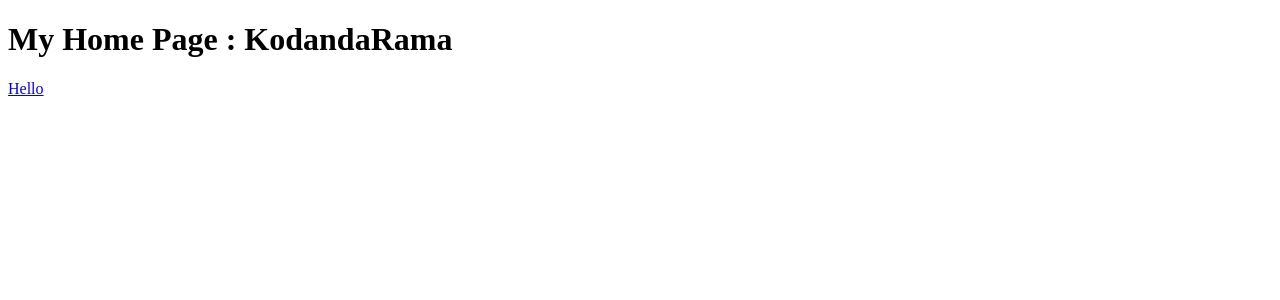
Repository: Rama-13/LaunchPadAllFiles
Page: java-workspace/SpringMVCDemo/WebContent/index.html
An editor plug-in stored every save of this project. The page is shown before and after the next save, followed by the edit.
The browser window is 1280 px wide. The pictures show the whole page.

Above is the page before, as saved 2019-08-01 08:59:22.

After the next save:
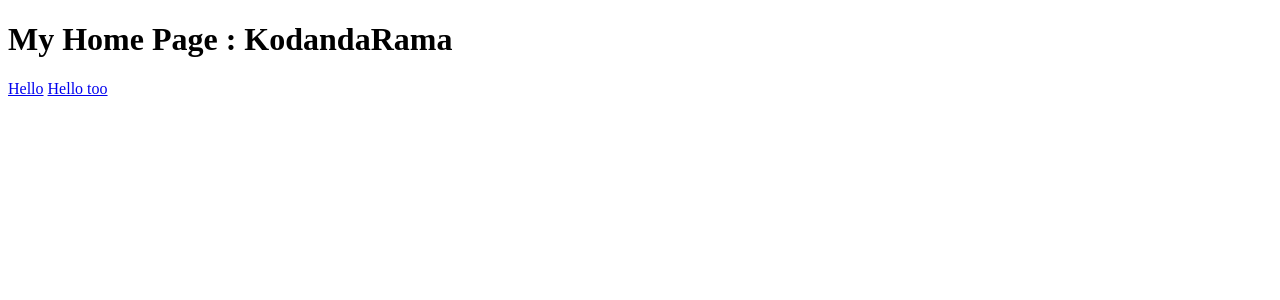
Saved 26 s later.
--- a/java-workspace/SpringMVCDemo/WebContent/index.html
+++ b/java-workspace/SpringMVCDemo/WebContent/index.html
@@ -7,5 +7,6 @@
 <body>
 <h1>My Home Page : KodandaRama</h1>
 <a href = "Hello.html">Hello</a>
+<a href = "Hello.do">Hello too</a>
 </body>
 </html>

After the save that followed:
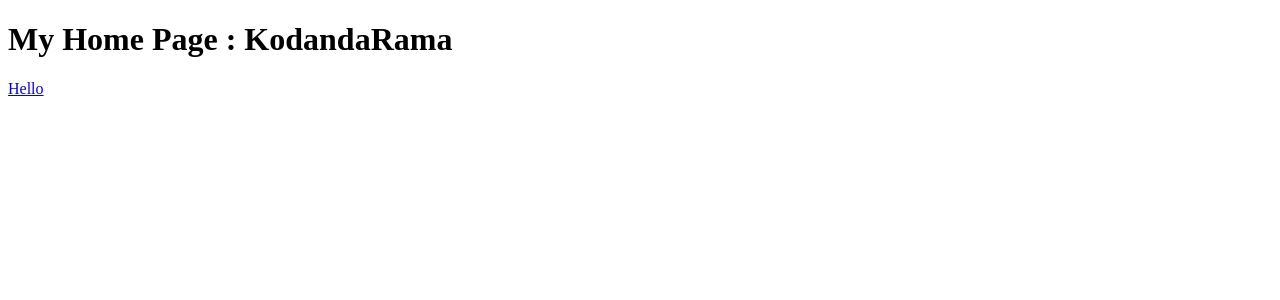
Saved 15 s later.
--- a/java-workspace/SpringMVCDemo/WebContent/index.html
+++ b/java-workspace/SpringMVCDemo/WebContent/index.html
@@ -7,6 +7,5 @@
 <body>
 <h1>My Home Page : KodandaRama</h1>
 <a href = "Hello.html">Hello</a>
-<a href = "Hello.do">Hello too</a>
 </body>
 </html>
